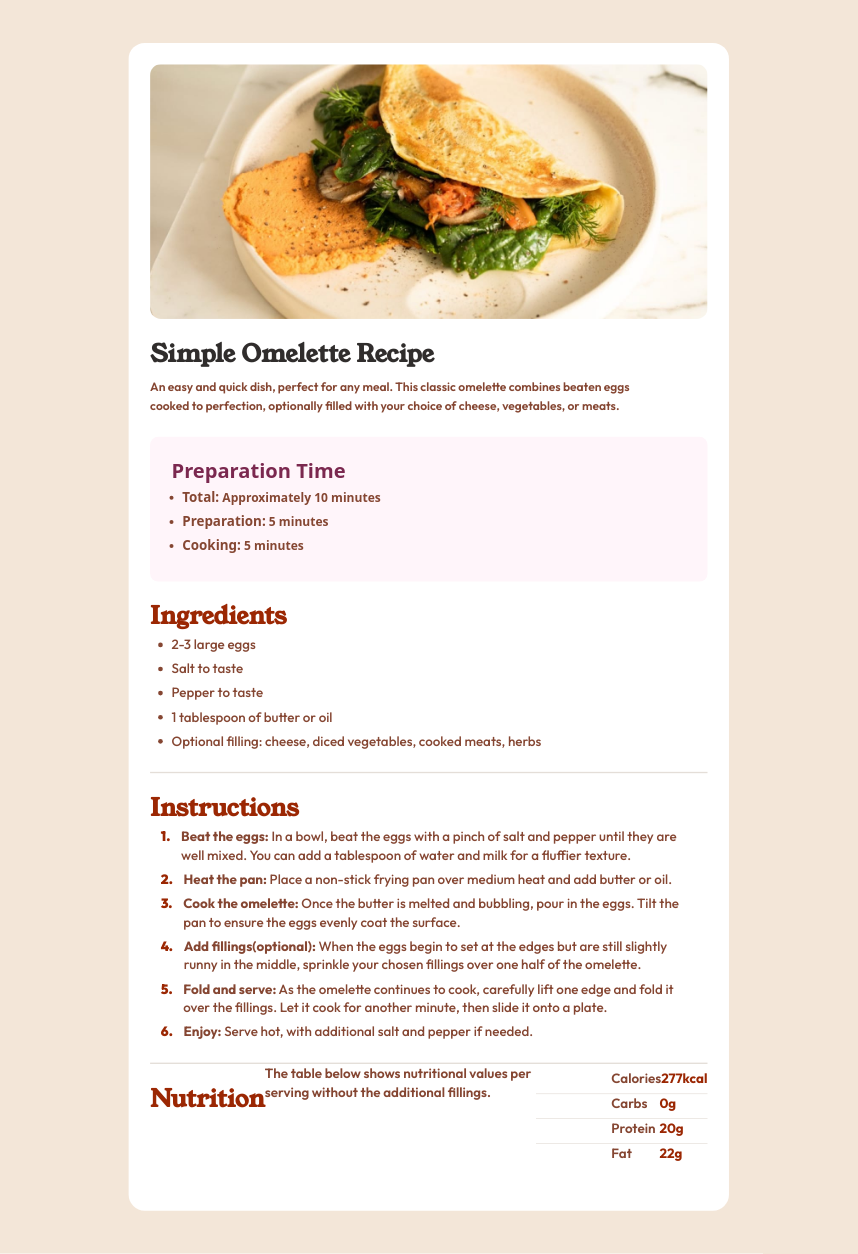
Repository: nivrii/recipe-page-main
Page: /
These files come from the project's save history. The page is drawn as it stood at one moment and after the next save; the edit follows.
The browser window is 1280 px wide. The pictures show the whole page, at 67% of full size.
The project was rebuilt for these pictures with package versions that can differ from the ones it lists, and the page was loaded fresh each time. Also part of the build but not shown: vite.config.js, src/index.css.

Above is the page before, as saved 2024-03-27 13:09:44.

### src/App.jsx
import "./App.css";
import { Nutrition } from "./Nutrition";
import { Instructions } from "./Instructions";
import { Ingredients } from "./Ingredients";
import { Prep } from "./Prep";
import { Header } from "./Header";
import { Image } from "./Image";
import omelette from "./assets/images/image-omelette.jpeg";

function App() {
  return (
    <body className="md:bg-eggshell md:pt-16 md:pb-16 ">
      <div className="
       flex flex-col w-screen min-h-max md:m-auto md:p-8 md:w-[70vw]
       md:bg-white md:rounded-3xl lg:w-[60vw]">
        <Image omelette={omelette} />
        <Header />
        <Prep />
        <div className="divide-y-2 divide-lightGrey mx-4 md:mx-0">
          <Ingredients />
          <Instructions />
          <Nutrition />
        </div>
      </div>
    </body>
  );
}

export default App;

### src/App.css
@import url("https://fonts.googleapis.com/css2?family=Young+Serif&display=swap");

@import url("https://fonts.googleapis.com/css2?family=Outfit:wght@100..900&display=swap");

@import "tailwindcss/base";
@import "tailwindcss/components";
@import "tailwindcss/utilities";

### src/Nutrition.jsx
export function Nutrition() {
  return (
    <div className="flex m-4 mb-8 md:mx-0">
      <h1 className="text-left text-nutmegLight text-3xl md:text-4xl font-bold font-young mt-8 mb-4">
        Nutrition
      </h1>
      <p className="text-nutmeg font-semibold mb-4 font-outfit md:text-xl">
        The table below shows nutritional values per serving without the
        additional fillings.
      </p>
      <div className="divide-y divide-lightGrey font-outfit md:text-xl">
        <div className="flex flex-row my-2 text-left">
          <p className="basis-1/2 text-nutmeg font-semibold ml-12 md:ml-28">
            Calories
          </p>
          <p className="basis-1/2 text-nutmegLight font-bold">277kcal</p>
        </div>
        <div className="flex flex-row my-2 text-left ">
          <p className="basis-1/2 text-nutmeg font-semibold ml-12 md:ml-28">
            Carbs
          </p>
          <p className="basis-1/2 text-nutmegLight font-bold">0g</p>
        </div>
        <div className="flex flex-row my-2 text-left">
          <p className="basis-1/2 text-nutmeg font-semibold ml-12 md:ml-28">
            Protein
          </p>
          <p className="basis-1/2 text-nutmegLight font-bold">20g</p>
        </div>
        <div className="flex flex-row my-2 text-left">
          <p className="basis-1/2 text-nutmeg font-semibold ml-12 md:ml-28">
            Fat
          </p>
          <p className="basis-1/2 text-nutmegLight font-bold">22g</p>
        </div>
      </div>
    </div>
  );
}

### src/Instructions.jsx
export function Instructions() {
  return (
    <div className="m-4 md:mx-0">
      <h1 className="text-left text-nutmegLight text-3xl md:text-4xl font-bold font-young mt-8">
        Instructions
      </h1>
      <ul className="font-outfit mt-2 mb-8 mx-4 text-nutmeg font-medium space-y-2 md:text-xl lg:text-2xl">
        <li className="flex flex-row space-x-4">
          <div className="text-nutmegLight font-black">1.</div>
          <div className="">
            <span className="font-bold"> Beat the eggs:</span> In a bowl, beat
            the eggs with a pinch of salt and pepper until they are well mixed.
            You can add a tablespoon of water and milk for a fluffier texture.
          </div>
        </li>
        <li className="flex flex-row space-x-4">
          <div className="text-nutmegLight font-black ">2.</div>
          <div className="">
            <span className="font-bold"> Heat the pan:</span> Place a non-stick
            frying pan over medium heat and add butter or oil.
          </div>
        </li>
        <li className="flex flex-row space-x-4">
          <div className="text-nutmegLight font-black">3.</div>
          <div className="">
            <span className="font-bold"> Cook the omelette:</span> Once the
            butter is melted and bubbling, pour in the eggs. Tilt the pan to
            ensure the eggs evenly coat the surface.
          </div>
        </li>
        <li className="flex flex-row space-x-4">
          <div className="text-nutmegLight font-black">4.</div>
          <div className="">
            <span className="font-bold"> Add fillings(optional):</span> When the
            eggs begin to set at the edges but are still slightly runny in the
            middle, sprinkle your chosen fillings over one half of the omelette.
          </div>
        </li>
        <li className="flex flex-row space-x-4">
          <div className="text-nutmegLight font-black">5.</div>
          <div className="">
            <span className="font-bold"> Fold and serve:</span> As the omelette
            continues to cook, carefully lift one edge and fold it over the
            fillings. Let it cook for another minute, then slide it onto a
            plate.
          </div>
        </li>
        <li className="flex flex-row space-x-4">
          <div className="text-nutmegLight font-black">6.</div>
          <div className="">
            <span className="font-bold"> Enjoy:</span> Serve hot, with
            additional salt and pepper if needed.
          </div>
        </li>
      </ul>
    </div>
  );
}

### src/Ingredients.jsx
export function Ingredients() {
  return (
    <div className="m-4 md:mx-0">
      <h1 className="text-left text-nutmegLight text-3xl font-bold font-young mt-8 md:text-4xl lg:text-5xl">
        Ingredients
      </h1>
      <ul className="list-disc px-4 font-outfit mt-2 mb-8 mx-4 text-nutmeg font-medium space-y-2 md:text-xl lg:text-2xl">
        <li>2-3 large eggs</li>
        <li>Salt to taste</li>
        <li>Pepper to taste</li>
        <li>1 tablespoon of butter or oil</li>
        <li>Optional filling: cheese, diced vegetables, cooked meats, herbs</li>
      </ul>
    </div>
  );
}

### src/Prep.jsx
export function Prep() {
  return <div className="bg-roseWhite p-4 mx-8 rounded-xl md:mx-0 md:p-8">
        <h1 className="text-left text-darkRaspberry text-2xl font-bold md:text-3xl">
          Preparation Time
        </h1>
        <ul className="list-disc px-4 text-nutmeg md:text-lg">
          <li className=" font-semibold my-2 ">
            <span className="font-extrabold md:text-xl lg:text:2xl">Total:</span> Approximately 10
            minutes
          </li>
          <li className=" font-semibold my-2">
            <span className="font-extrabold md:text-xl lg:text:2xl">Preparation:</span> 5 minutes
          </li>
          <li className=" font-semibold my-2">
            <span className="font-extrabold md:text-xl lg:text:2xl">Cooking:</span> 5 minutes
          </li>
        </ul>
      </div>;
}

### src/Header.jsx
export function Header() {
  return <div className="bg-white m-8 md:mx-0">
        <h1 className="text-left text-darkCharcoal text-4xl font-bold font-young lg:text-5xl">
          Simple Omelette Recipe
        </h1>
        <p className="text-left font-outfit text-nutmeg mt-4 font-semibold md:text-lg lg:text-xl max-w-screen-md">
          An easy and quick dish, perfect for any meal. This classic omelette
          combines beaten eggs cooked to perfection, optionally filled with your
          choice of cheese, vegetables, or meats.
        </p>
      </div>;
}

### src/Image.jsx
/* eslint-disable react/prop-types */
export function Image({
  omelette
}) {
  return <div className=" md:w-auto">
        <img src={omelette} alt="omelette" className="w-screen md:w-auto md:rounded-2xl" />
      </div>;
}

### tailwind.config.js
/** @type {import('tailwindcss').Config} */
export default {
  content: ["./index.html", "./src/**/*.{js,ts,jsx,tsx}"],
  theme: {
    screens: {
      'sm': '375px',
      'md': '768px',
      'lg': '1440px',
      'xl': '1920px',
    },
    extend: {
      fontFamily: {
        outfit: ["Outfit", "sans-serif"],
        young: ["Young Serif", "serif"],
      },
      colors: {
        roseWhite: "hsl(330, 100%, 98%)",
        white: "hsl(0, 0%, 100%)",
        eggshell: "hsl(30, 54%, 90%)",
        lightGrey: "hsl(30, 18%, 87%)",
        wengeBrown: "hsl(30, 10%, 34%)",
        darkCharcoal: "hsl(24, 5%, 18%)",
        nutmeg: "hsl(14, 45%, 36%)",
        nutmegLight: "hsl(14, 96%, 31%)",
        darkRaspberry: "hsl(332, 51%, 32%)",
      },
    },
  },
  plugins: [],
};

Loaded but not shown: index.html (common file); src/main.jsx (common file)

After the next save:
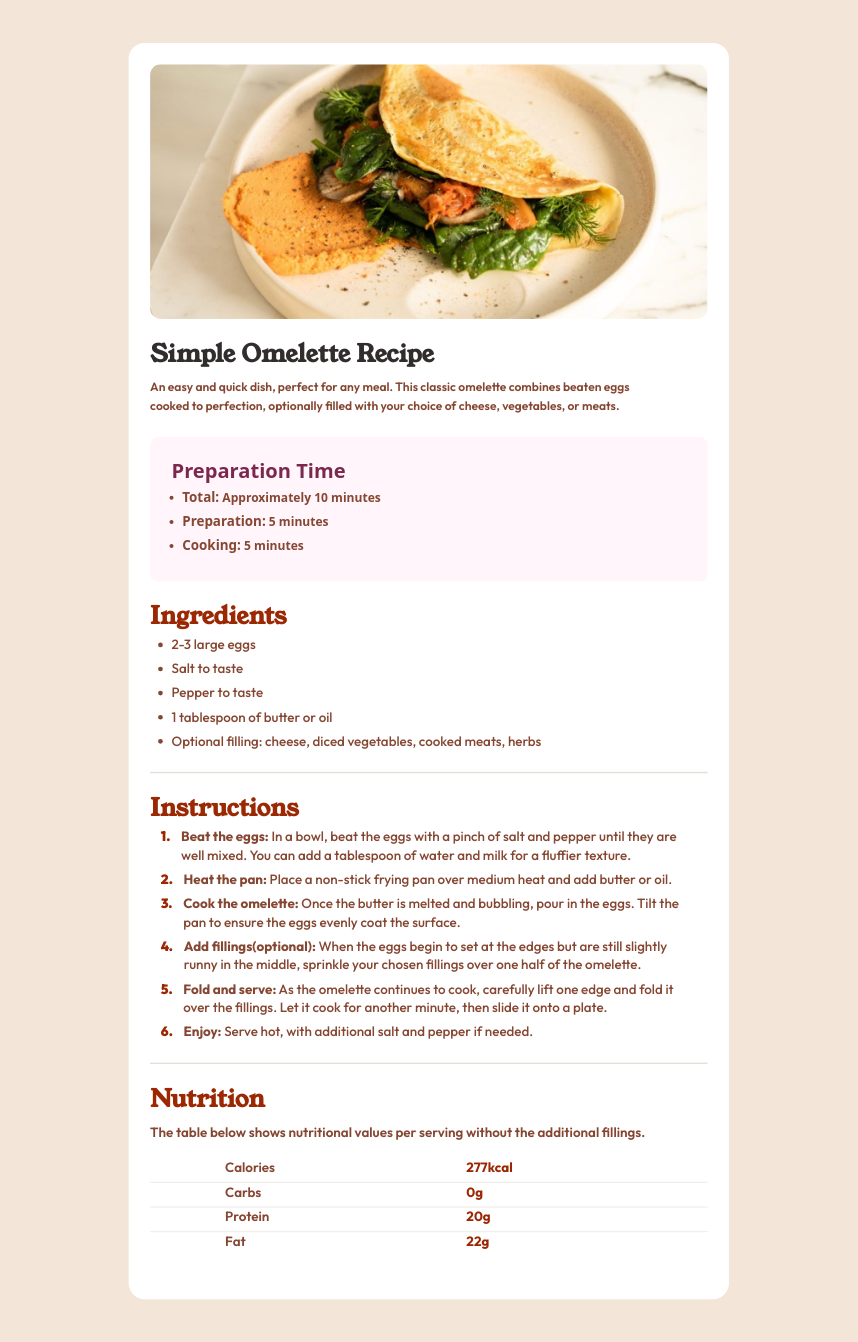
Saved 7 s later.
--- a/src/Nutrition.jsx
+++ b/src/Nutrition.jsx
@@ -1,6 +1,6 @@
 export function Nutrition() {
   return (
-    <div className="flex m-4 mb-8 md:mx-0">
+    <div className="flex flex-col m-4 mb-8 md:mx-0">
       <h1 className="text-left text-nutmegLight text-3xl md:text-4xl font-bold font-young mt-8 mb-4">
         Nutrition
       </h1>
